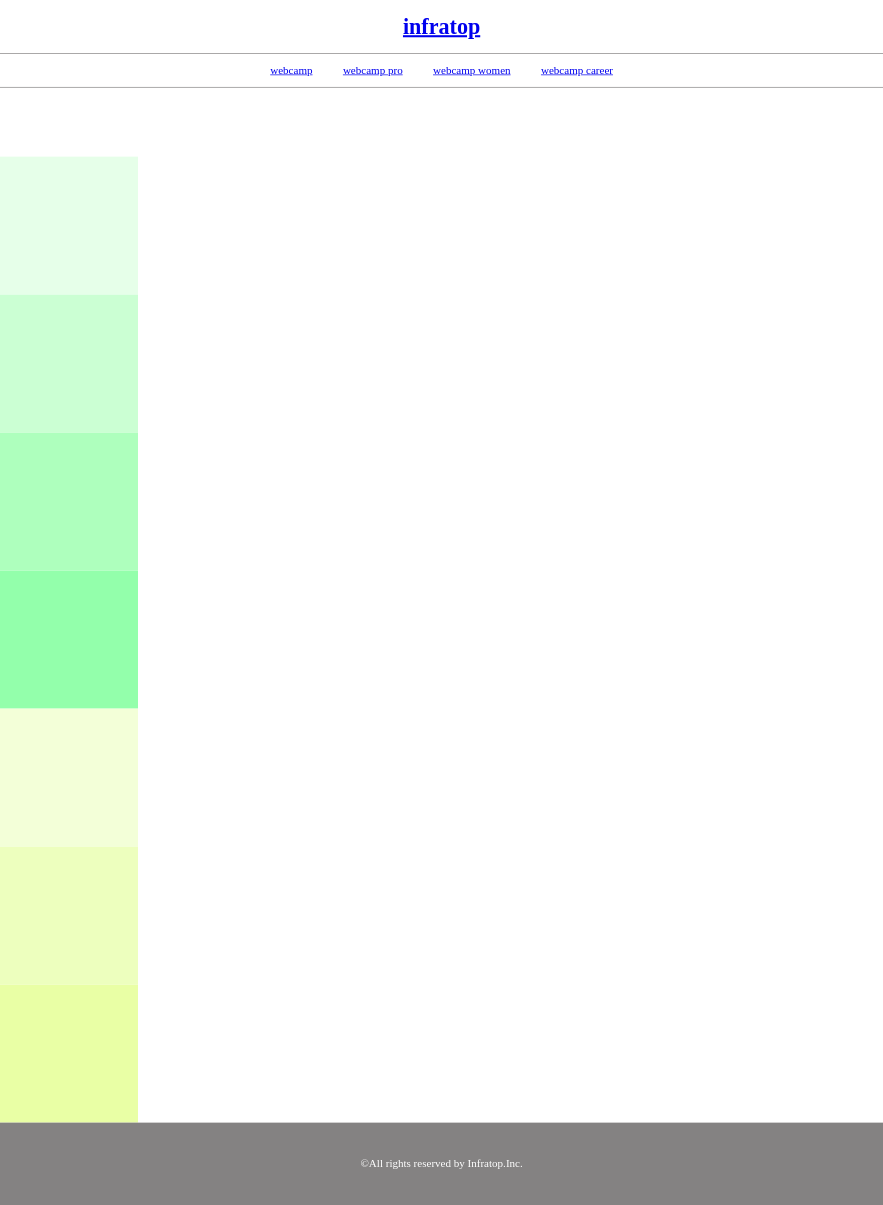
Repository: pooh0721/-
Page: chapter5/index.html
The author's editor kept a record of every edit. The page is drawn from the files as they stood at one moment, then again after the next edit.
The browser window is 1280 px wide. The pictures show the whole page, at 69% of full size.

Above is the page before.

### chapter5/index.html
<!DOCTYPE html>
<html lang="ja">
  <head>
    <meta charset="UTF-8" />
    <!-- CSSファイルの読み込み -->
    <link rel="stylesheet" href="style.css" />
    <title>CARAVAN</title>
  <head>
    <body>
      <header>
        <h1 class="heading">
          <a href="index.html">infratop
          </a>
        </h1>
      </header>
      <nav>
        <ul class="nav-list">
          <li class="nav-list-item">
            <a href="index.html" >webcamp</a>
          </li>
           <li class="nav-list-item">
            <a href="index.html" >webcamp pro</a>
          </li>
           <li class="nav-list-item">
            <a href="index.html" >webcamp women</a>
          </li>
           <li class="nav-list-item">
            <a href="index.html" >webcamp career</a>
          </li>


        </ul>
      </nav>
      <div class="main"></div>

      <div class="box1"></div>

      <div class="box2"></div>

      <div class="box3"></div>

      <div class="box4"></div>

      <div class="box5"></div>

      <div class="box6"></div>

      <div class="box7"></div>

      <div class="box"></div>

      <div class="box"></div>

      <div class="box"></div>

      <div class="box"></div>

      <div class="box"></div>


      <footer>
        <p class="footer-text"> ©All rights reserved by Infratop.Inc.</p>
      </footer>
    </body>



  <html>

### chapter5/style.css
* {
  margin: 0;
  padding: 0;
  box-sizing: border-box;
}

header {
  width: 100%; /* 横幅90% */
  padding: 20px 0;
  margin: 0 auto;
  text-align: center;
}


.nav-list {
  text-align: center;
  padding:15px ;
   margin: 0 auto;
  border-bottom: 1px solid #848282;
  border-top: 1px solid #848282;
  }

.nav-list-item {
  list-style: none;
  display: inline-block;
  margin: 0 20px;
}

.main {
  width: 800px;
  margin: 50px auto;
  display: flex;
  flex-wrap: wrap;

}

.box1 {
  width: 200px;
  height: 200px;
  background-color: #e6ffe9;
}

.box2 {
  width: 200px;
  height: 200px;
  background-color: #cbffd3;
}

.box3 {
  width: 200px;
  height: 200px;
  background-color: #aeffbd;
}

.box4 {
  width: 200px;
  height: 200px;
  background-color: #93ffab;
}

.box5 {
  width: 200px;
  height: 200px;
  background-color: #f3ffd8;
}

.box6 {
  width: 200px;
  height: 200px;
  background-color: #edffbe;
}

.box7 {
  width: 200px;
  height: 200px;
  background-color: #e9ffa5;
}

.box8 {
  width: 200px;
  height: 200px;
  background-color: #e4ff8d;
}

.box9 {
  width: 200px;
  height: 200px;
  background-color: #d9e5ff;
}

.box10 {
  width: 200px;
  height: 200px;
  background-color: #bad3ff;
}

.box11 {
  width: 200px;
  height: 200px;
  background-color: #a4c6ff;
}

.box12 {
  width: 200px;
  height: 200px;
  background-color: #8eb8ff;
}

footer {
  width: 100%;
  height: 120px;
  text-align: center;
  line-height: 120px;
  background-color: #848282;
}


footer {
  width: 100%;
  height: 120px;
  text-align: center;
  line-height: 120px;
  background-color: #848282;
}

.footer-text {
  color: #fff;
}

After the next edit:
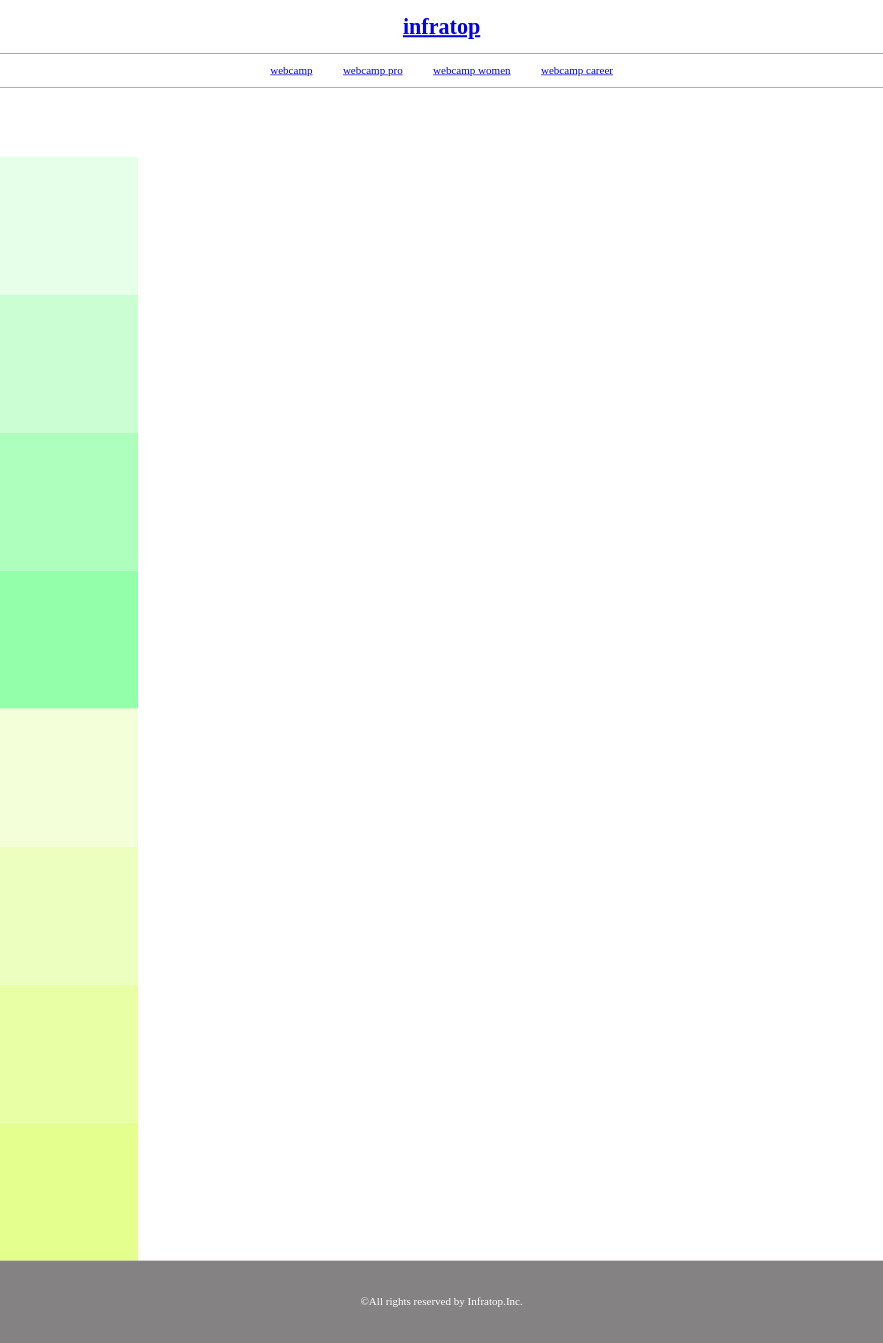
The edit:
--- a/chapter5/index.html
+++ b/chapter5/index.html
@@ -47,7 +47,7 @@
 
       <div class="box7"></div>
 
-      <div class="box"></div>
+      <div class="box8"></div>
 
       <div class="box"></div>
 
